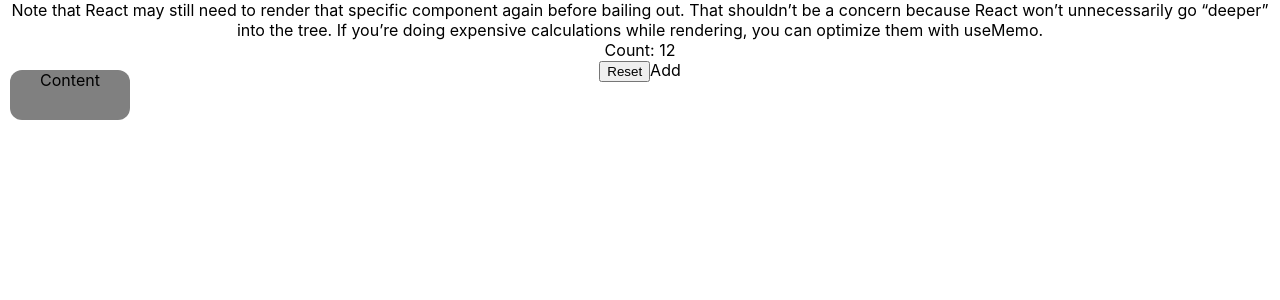
Repository: Farbod29/React-text-highlighter-with-hook-
Page: /
These files come from the project's save history. The page is drawn as it stood at one moment and after the next save; the edit follows.
The browser window is 1280 px wide. The pictures show the whole page.
The project was rebuilt for these pictures with package versions that can differ from the ones it lists, and the page was loaded fresh each time.

Above is the page before, as saved 2022-02-18 21:07:22.

### src/App.js
import './App.css';
import Highlighter from './highlighter';
function App() {
  return (
    <div className="App">
      <Highlighter />
    </div>
  );
}

export default App;

### src/highlighter.js
import React, { useEffect, useState } from 'react';

export default function Highlighter() {
  let doit = () => {
    document.onmouseup = () => {
      console.log(window.getSelection().toString());
    };
  };
  const [count, setCount] = useState(12);
  return (
    <>
      <div>
        {' '}
        Note that React may still need to render that specific component again
        before bailing out. That shouldn’t be a concern because React won’t
        unnecessarily go “deeper” into the tree. If you’re doing expensive
        calculations while rendering, you can optimize them with useMemo.
      </div>
      Count: {count}
      {/* <button onClick={() => setCount((prevCount) => prevCount - 1)}>-</button> */}
      <div>
        <div
          style={{
            padding: '0px 10px',
            position: 'fixed',
            height: '50px',
            width: '100px',
            margin: '10px',
            borderRadius: '12px',
            backgroundColor: 'gray',
            inline: true,
            fontColor: 'red',
            textAlign: 'center',
          }}
        >
          Content
        </div>
        <button onClick={() => setCount(12)}>Reset</button>
        Add {doit()}
      </div>
    </>
  );
}

Loaded but not shown: public/index.html (common file); src/index.js (common file); src/index.css (common file); src/reportWebVitals.js (common file); src/App.css (common file)

After the next save:
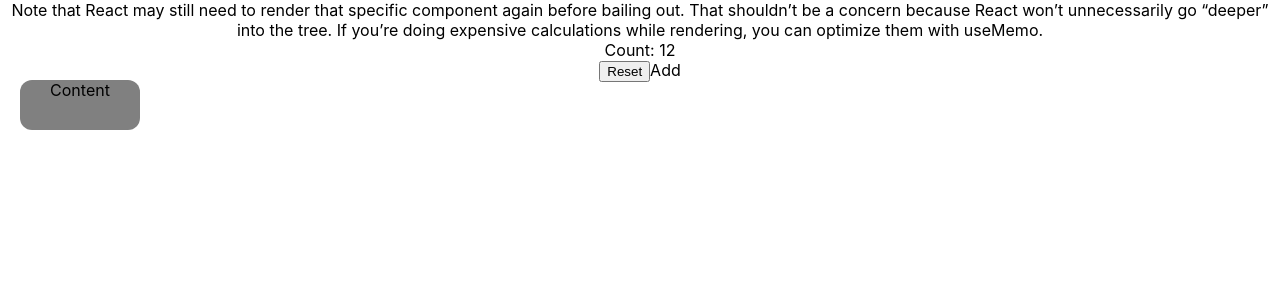
Saved 4 s later.
--- a/src/highlighter.js
+++ b/src/highlighter.js
@@ -25,7 +25,7 @@ export default function Highlighter() {
             position: 'fixed',
             height: '50px',
             width: '100px',
-            margin: '10px',
+            margin: '20px',
             borderRadius: '12px',
             backgroundColor: 'gray',
             inline: true,
